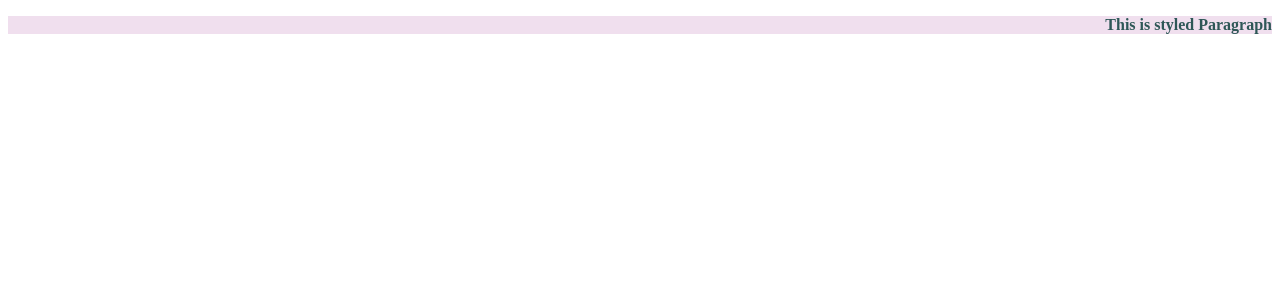
Repository: linas-dev/HTML-CSS-Projects
Page: Basic_HTML_and_CSS/Basic_HTML_5.html
The author's editor kept a copy of each file at every save. The page is drawn from the files as they stood at one save, then again after the next save.
The browser window is 1280 px wide. The pictures show the whole page.

Above is the page before, as saved 2021-05-30 10:45:15.

After the next save:
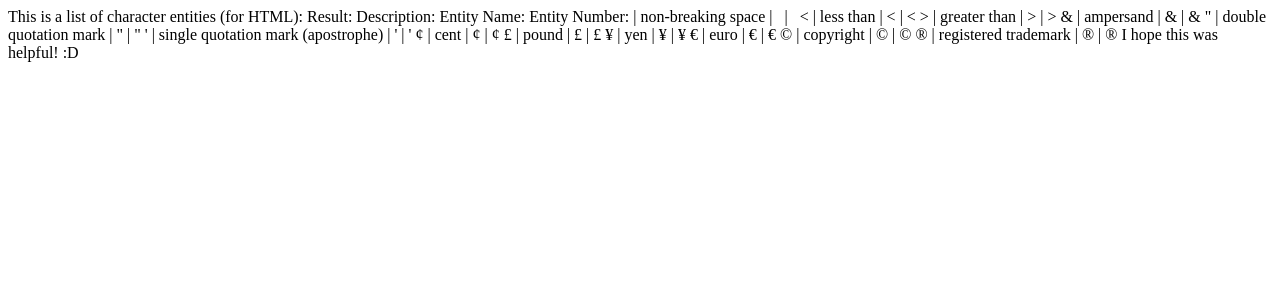
Saved 3 min 20 s later.
--- a/Basic_HTML_and_CSS/Basic_HTML_5.html
+++ b/Basic_HTML_and_CSS/Basic_HTML_5.html
@@ -8,6 +8,24 @@
     <title>Document</title>
 </head>
 <body>
-    <p>This is styled Paragraph </p>
+
+
+    This is a list of character entities (for HTML):
+
+Result:    Description:                         Entity Name:    Entity Number:
+         | non-breaking space                 | &nbsp;        | &#160;
+  <      | less than                          | &lt;          | &#60;
+  >      | greater than                       | &gt;          | &#62;
+  &      | ampersand                          | &amp;         | &#38;
+  "      | double quotation mark              | &quot;        | &#34;
+  '      | single quotation mark (apostrophe) | &apos;        | &#39;
+  ¢      | cent                               | &cent;        | &#162;
+  £      | pound                              | &pound;       | &#163;
+  ¥      | yen                                | &yen;         | &#165;
+  €      | euro                               | &euro;        | &#8364;
+  ©      | copyright                          | &copy;        | &#169;
+  ®      | registered trademark               | &reg;         | &#174;
+
+I hope this was helpful! :D
 </body>
 </html>
